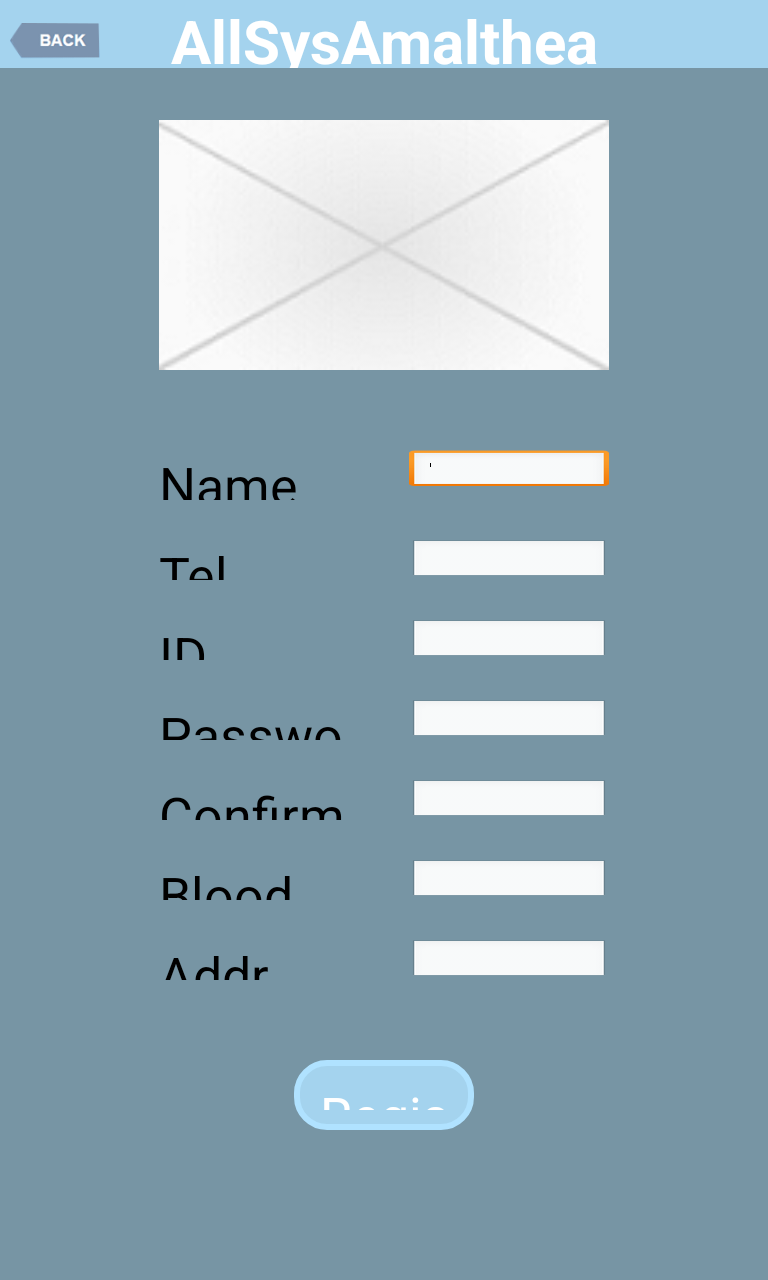
Repository: AllSysAmalthea/AllSys
Layout: APP/AppUI code/代码/Allsys/res/layout/activity_register.xml
These files come from the project's save history. The layout is drawn as it stood at one moment and after the next save; the edit follows.
It is drawn on a 768 x 1280 px phone screen (xhdpi) without system bars, with theme android:Theme.NoTitleBar; the app's code is not run.

Above is the layout before, as saved 2015-06-08 02:42:56.

### APP/AppUI code/代码/Allsys/res/layout/activity_register.xml
<RelativeLayout xmlns:android="http://schemas.android.com/apk/res/android"
    xmlns:tools="http://schemas.android.com/tools"
    android:layout_width="match_parent"
    android:layout_height="wrap_content"
    android:layout_gravity="center_horizontal"
    android:background="@drawable/back"
    android:gravity="top"
    tools:context=".LogInActivity" >

    <AbsoluteLayout
        android:id="@+id/linearLayout1"
        android:layout_width="fill_parent"
        android:layout_height="wrap_content"
        android:orientation="horizontal" >

        <TextView
            android:id="@+id/header_text"
            android:layout_width="fill_parent"
            android:layout_height="68px"
            android:layout_x="0px"
        	android:layout_y="0px"
            android:gravity="center"
            android:singleLine="true"
            android:text="AllSysAmalthea"
            android:background="#A4D3EE"
            android:textColor="#ffffff"
            android:textSize="30sp"
            android:textStyle="bold" />

        <ImageButton
            android:id="@+id/header_left_btn"
            android:layout_width="90px"
            android:layout_height="60px"
            android:layout_x="5dp"
            android:layout_y="4dp"
            android:background="@drawable/pic2" />

    </AbsoluteLayout>

     <TextView
         android:id="@+id/textview1"
         android:layout_width="200px"
         android:layout_height="50px"
         android:layout_alignLeft="@+id/myImageView1"
         android:layout_below="@+id/myImageView1"
         android:layout_marginTop="40dp"
         android:textColor="#000000"
         android:textSize="26sp"
         android:text="Name" />

     <EditText
         android:id="@+id/Name"
         android:layout_width="200px"
         android:layout_height="40px"
         android:layout_alignRight="@+id/myImageView1"
         android:layout_alignTop="@+id/textview1"
         android:ems="10"
         android:textSize="26sp"
         android:inputType="textPersonName" >

         <requestFocus />
     </EditText>

     <EditText
         android:id="@+id/Tel"
         android:layout_width="200px"
         android:layout_height="40px"
         android:layout_alignLeft="@+id/Name"
         android:layout_alignTop="@+id/textView2"
         android:ems="10"
         android:textSize="26sp"/>

     <TextView
         android:id="@+id/textView3"
         android:layout_width="200px"
         android:layout_height="40px"
         android:layout_alignLeft="@+id/textView2"
         android:layout_below="@+id/textView2"
         android:layout_marginTop="20dp"
         android:text="ID"
         android:textColor="#000000"
         android:textSize="26sp"/>

     <EditText
         android:id="@+id/ID"
         android:layout_width="200px"
         android:layout_height="40px"
         android:layout_alignLeft="@+id/Tel"
         android:layout_alignTop="@+id/textView3"
         android:ems="10"
         android:textSize="26sp" />

     <TextView
         android:id="@+id/textView4"
         android:layout_width="200px"
         android:layout_height="40px"
         android:layout_alignLeft="@+id/textView3"
         android:layout_below="@+id/textView3"
         android:layout_marginTop="20dp"
         android:text="Password"
         android:textColor="#000000"
         android:textSize="26sp" />

     <EditText
         android:id="@+id/Password"
         android:layout_width="200px"
         android:layout_height="40px"
         android:layout_alignLeft="@+id/ID"
         android:layout_alignTop="@+id/textView4"
         android:ems="10"
         android:inputType="textPassword" />

     <TextView
         android:id="@+id/textView5"
         android:layout_width="200px"
         android:layout_height="40px"
         android:layout_alignLeft="@+id/textView4"
         android:layout_below="@+id/textView4"
         android:layout_marginTop="20dp"
         android:text="Confirm"
         android:textColor="#000000"
         android:textSize="26sp" />

     <EditText
         android:id="@+id/Confirm"
         android:layout_width="200px"
         android:layout_height="40px"
         android:layout_alignLeft="@+id/Password"
         android:layout_alignTop="@+id/textView5"
         android:ems="10"
         android:inputType="textPassword" />

     <TextView
         android:id="@+id/textView6"
         android:layout_width="200px"
         android:layout_height="40px"
         android:layout_alignLeft="@+id/textView5"
         android:layout_below="@+id/textView5"
         android:layout_marginTop="20dp"
         android:text="Blood"
         android:textColor="#000000"
         android:textSize="26sp" />

     <EditText
         android:id="@+id/Blood"
         android:layout_width="200px"
         android:layout_height="40px"
         android:layout_alignLeft="@+id/Confirm"
         android:layout_alignTop="@+id/textView6"
         android:ems="10" />

     <TextView
         android:id="@+id/textView7"
         android:layout_width="200px"
         android:layout_height="40px"
         android:layout_alignLeft="@+id/textView6"
         android:layout_below="@+id/textView6"
         android:layout_marginTop="20dp"
         android:text="Addr"
         android:textColor="#000000"
         android:textSize="26sp" />

     <EditText
         android:id="@+id/Addr"
         android:layout_width="200px"
         android:layout_height="40px"
         android:layout_alignLeft="@+id/Blood"
         android:layout_alignTop="@+id/textView7"
         android:ems="10" />

	<Button
	    android:id="@+id/Register"
	    android:layout_width="180px"
	    android:layout_height="70px"
	    android:layout_below="@+id/textView7"
	    android:layout_centerHorizontal="true"
	    android:layout_marginTop="40dp"
	    android:background="@drawable/shape3"
	    android:text="Register"
	    android:textColor="#ffffff"
	    android:textSize="26sp" />

	<ImageView
	    android:id="@+id/myImageView1"
	    android:layout_width="450px"
	    android:layout_height="250px"
	    android:layout_below="@+id/linearLayout1"
	    android:layout_centerHorizontal="true"
	    android:layout_marginTop="26dp"
	    android:background="@drawable/news2" />

	<TextView
	    android:id="@+id/textView2"
	    android:layout_width="200px"
	    android:layout_height="40px"
	    android:layout_alignLeft="@+id/textview1"
	    android:layout_below="@+id/textview1"
	    android:layout_marginTop="20dp"
	    android:text="Tel"
	    android:textColor="#000000"
	    android:textSize="26sp" />

</RelativeLayout>

### APP/AppUI code/代码/Allsys/res/drawable-mdpi/shape3.xml
<?xml version="1.0" encoding="utf-8"?>
<shape xmlns:android="http://schemas.android.com/apk/res/android"
    android:shape="rectangle" >

    <!-- 填充的颜色：这里设置背景透明 -->
    <solid android:color="#A4D3EE" />
    <!-- 边框的颜色 ：不能和窗口背景色一样-->
    <stroke
        android:width="3dp"
        android:color="#B0E2FF" />
    <!-- 设置按钮的四个角为弧形 -->
    <!-- android:radius 弧形的半径 -->
    <corners android:radius="15dip" />

    <!-- padding：Button里面的文字与Button边界的间隔 -->
    <padding
        android:bottom="10dp"
        android:left="10dp"
        android:right="10dp"
        android:top="10dp" />

</shape>

After the next save:
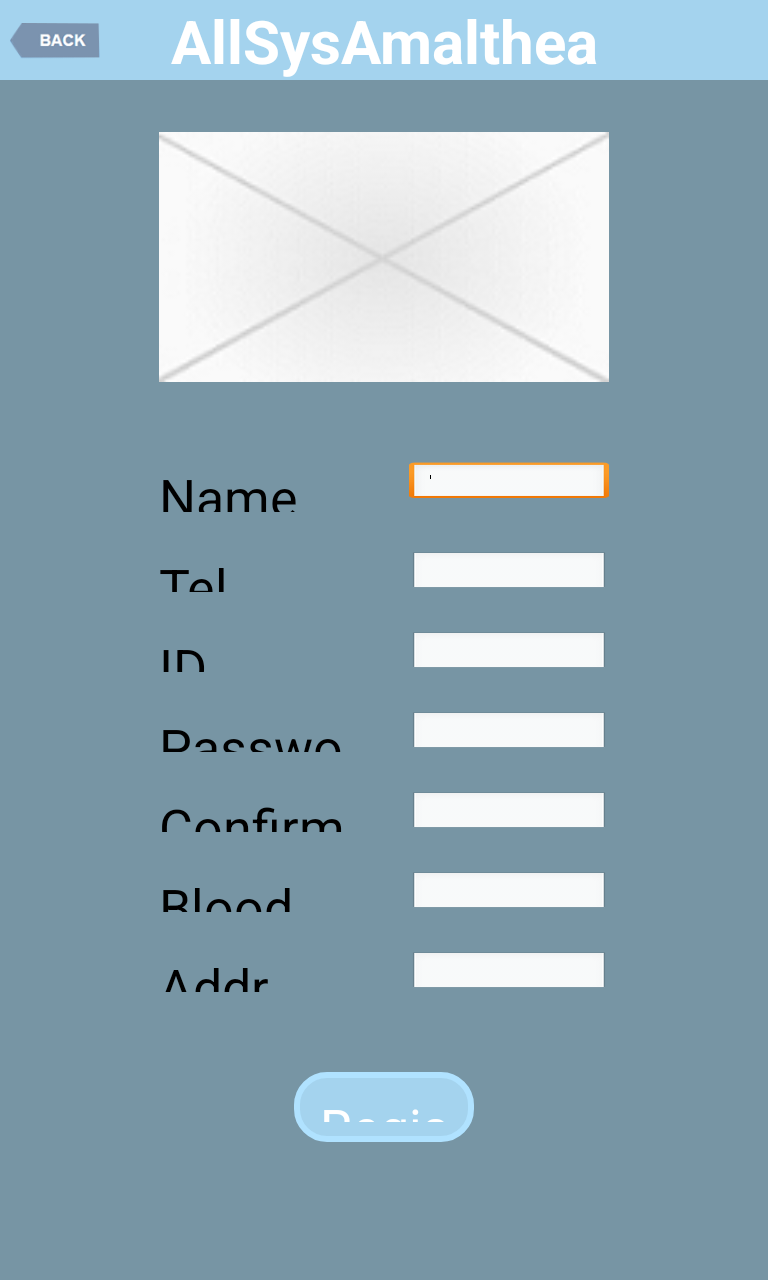
Saved 27 s later.
--- a/APP/AppUI code/代码/Allsys/res/layout/activity_register.xml
+++ b/APP/AppUI code/代码/Allsys/res/layout/activity_register.xml
@@ -16,7 +16,7 @@
         <TextView
             android:id="@+id/header_text"
             android:layout_width="fill_parent"
-            android:layout_height="68px"
+            android:layout_height="80px"
             android:layout_x="0px"
         	android:layout_y="0px"
             android:gravity="center"
